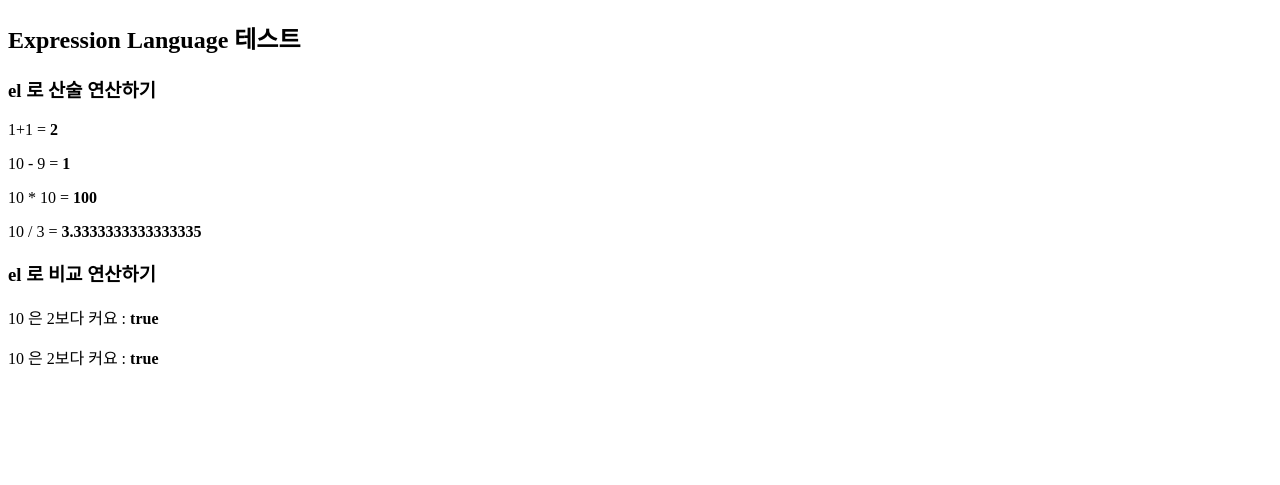
Repository: hyunhee7/web_work
Page: http://localhost/Step16_EL/hello.jsp
The author's editor kept a copy of each file at every save. The page is drawn from the files as they stood at one save, then again after the next save.
The browser window is 1280 px wide. The pictures show the whole page.
The page is served by Tomcat 9.

Above is the page before, as saved 2017-07-12 00:56:25.

### Step16_EL/WebContent/hello.jsp
<%@ page language="java" contentType="text/html; charset=UTF-8"
    pageEncoding="UTF-8"%>
<!DOCTYPE html PUBLIC "-//W3C//DTD HTML 4.01 Transitional//EN" "http://www.w3.org/TR/html4/loose.dtd">
<html>
<head>
<meta http-equiv="Content-Type" content="text/html; charset=UTF-8">
<title>hello.jsp</title>
</head>
<body>
<h2>Expression Language 테스트</h2>
<h3>el 로 산술 연산하기</h3>
<p>1+1 = <strong>${1+1 }</strong></p>
<p>10 - 9 = <strong>${10-9 }</strong></p>
<p>10 * 10 = <strong>${10*10 }</strong></p>
<p>10 / 3 = <strong>${10/3 }</strong></p>

<h3>el 로 비교 연산하기</h3>
<p>10 은 2보다 커요 : <strong>${10 > 2 }</strong></p>
<p>10 은 2보다 커요 : <strong>${10 gt 2 }</strong></p>
</body>
</html>

After the next save:
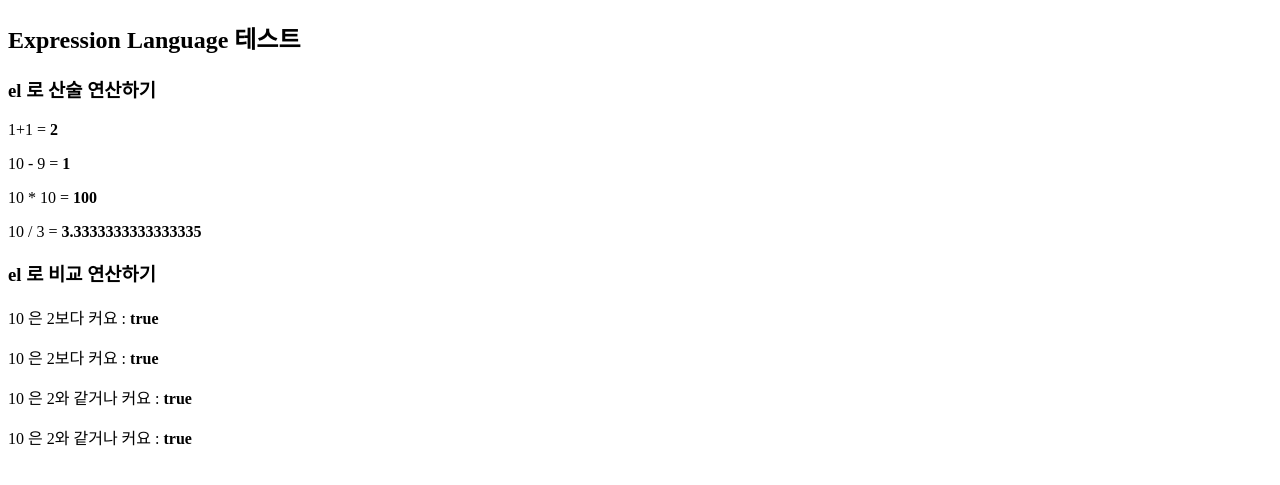
Saved 83 s later.
--- a/Step16_EL/WebContent/hello.jsp
+++ b/Step16_EL/WebContent/hello.jsp
@@ -17,5 +17,7 @@
 <h3>el 로 비교 연산하기</h3>
 <p>10 은 2보다 커요 : <strong>${10 > 2 }</strong></p>
 <p>10 은 2보다 커요 : <strong>${10 gt 2 }</strong></p>
+<p>10 은 2와 같거나 커요 : <strong>${10 >= 2 }</strong></p>
+<p>10 은 2와 같거나 커요 : <strong>${10 ge 2 }</strong></p>
 </body>
 </html>
